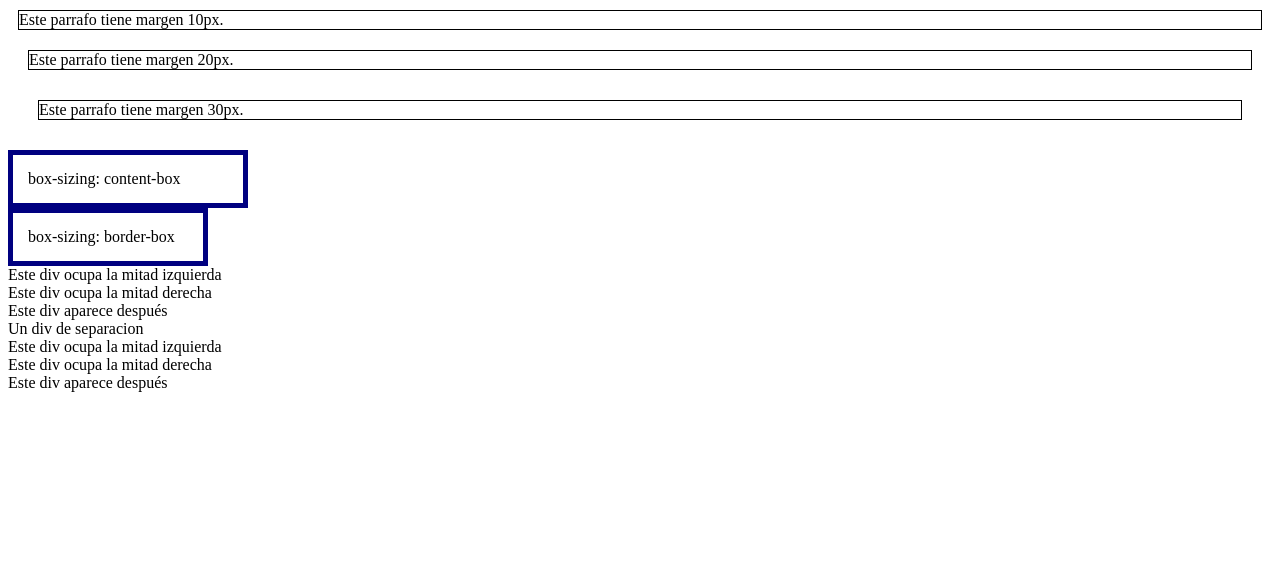
Repository: cesarsant0203/My_Study
Page: Introducción al desarrollo web/2-Css/2.11/2.11-modelo_de_caja_css.html
These files come from the project's save history. The page is drawn as it stood at one moment and after a run of saves; the edit follows.
The browser window is 1280 px wide. The pictures show the whole page.

Above is the page before, as saved 2020-04-29 16:16:21.

After the next 4 saves:
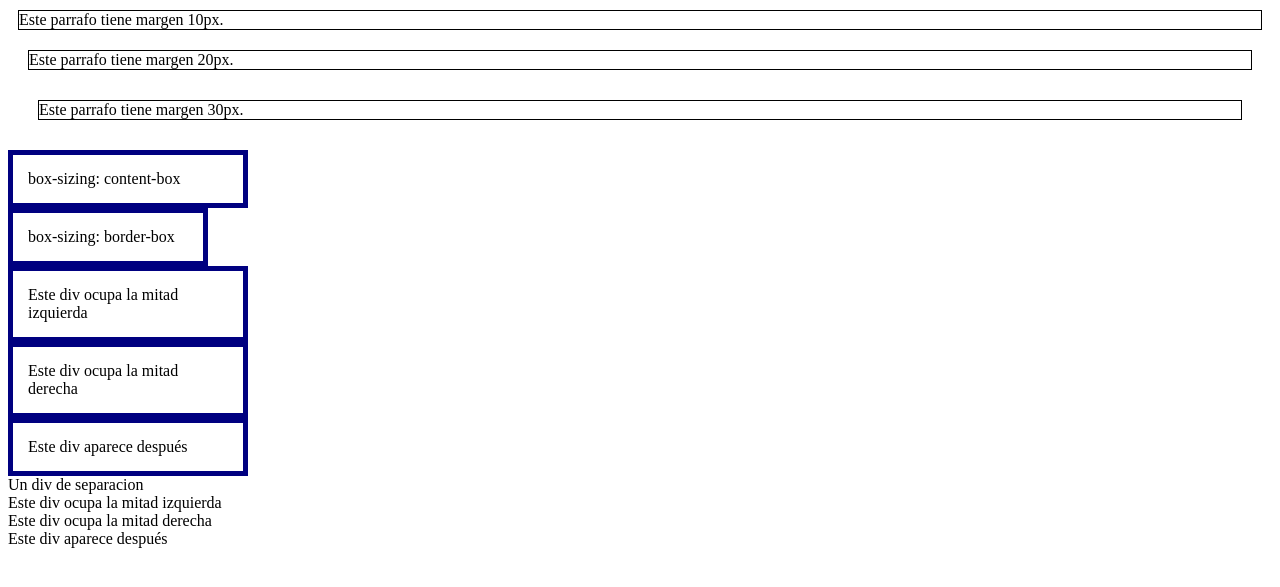
The 4 saves are shown as one change because they came seconds apart.
The last was saved 11 s later.
--- a/Introducción al desarrollo web/2-Css/2.11/2.11-modelo_de_caja_css.css
+++ b/Introducción al desarrollo web/2-Css/2.11/2.11-modelo_de_caja_css.css
@@ -24,5 +24,8 @@
     padding: 15px;
 }
 .box-sizing-content .split {
-
+    width: 200px;
+    border: 5px solid #000080;
+    box-sizing: content-box;
+    padding: 15px;
 }
